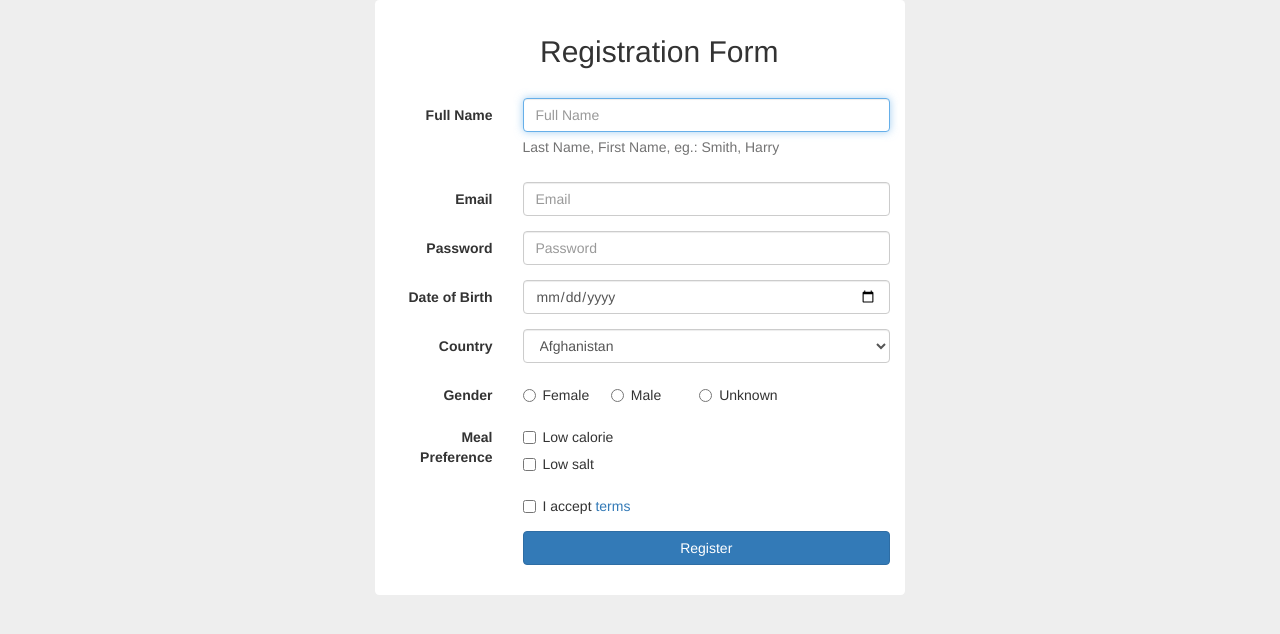
Repository: MeghaNagari/PracticeAtVMC
Page: Practice/VuePractice/WebContent/LoginDisplay.html
The author's editor kept a copy of each file at every save. The page is drawn from the files as they stood at one save, then again after the next save.
The browser window is 1280 px wide. The pictures show the whole page.
Some web libraries are served in a nearby version.

Above is the page before, as saved 2018-03-20 17:37:27.
Console error (its wording comes from the project's code and is left out).

### Practice/VuePractice/WebContent/LoginDisplay.html
<link href="//netdna.bootstrapcdn.com/bootstrap/3.2.0/css/bootstrap.min.css" rel="stylesheet" id="bootstrap-css">
<script src="//netdna.bootstrapcdn.com/bootstrap/3.2.0/js/bootstrap.min.js"></script>
<script src="//code.jquery.com/jquery-1.11.1.min.js"></script>
<link rel="stylesheet" href="css/LoginStyle.css">
<script src="https://cdn.jsdelivr.net/npm/vue/dist/vue.js"></script>
<!------ Include the above in your HEAD tag ---------->

<div class="container">
           <div id="parent"> <form v-on:submit.prevent="my-component"  class="form-horizontal" role="form">
                <h2>Registration Form</h2>
                <div class="form-group">
                    <label for="firstName" class="col-sm-3 control-label">Full Name</label>
                    <div class="col-sm-9">
                        <input type="text" v-model="firstName" placeholder="Full Name" class="form-control" autofocus>
                        <span class="help-block">Last Name, First Name, eg.: Smith, Harry</span>
                    </div>
                </div>
                <div class="form-group">
                    <label for="email" class="col-sm-3 control-label">Email</label>
                    <div class="col-sm-9">
                        <input type="email" v-model="email" placeholder="Email" class="form-control">
                    </div>
                </div>
                <div class="form-group">
                    <label for="password" class="col-sm-3 control-label">Password</label>
                    <div class="col-sm-9">
                        <input type="password" v-model="password" placeholder="Password" class="form-control">
                    </div>
                </div>
                <div class="form-group">
                    <label for="birthDate" class="col-sm-3 control-label">Date of Birth</label>
                    <div class="col-sm-9">
                        <input type="date" v-model="birthDate" class="form-control">
                    </div>
                </div>
                <div class="form-group">
                    <label for="country" class="col-sm-3 control-label">Country</label>
                    <div class="col-sm-9">
                        <select id="country" class="form-control">
                            <option>Afghanistan</option>
                            <option>Bahamas</option>
                            <option>Cambodia</option>
                            <option>Denmark</option>
                            <option>Ecuador</option>
                            <option>Fiji</option>
                            <option>Gabon</option>
                            <option>Haiti</option>
                        </select>
                    </div>
                </div> <!-- /.form-group -->
                <div class="form-group">
                    <label class="control-label col-sm-3">Gender</label>
                    <div class="col-sm-6">
                        <div class="row">
                            <div class="col-sm-4">
                                <label class="radio-inline">
                                    <input type="radio" id="femaleRadio" value="Female">Female
                                </label>
                            </div>
                            <div class="col-sm-4">
                                <label class="radio-inline">
                                    <input type="radio" id="maleRadio" value="Male">Male
                                </label>
                            </div>
                            <div class="col-sm-4">
                                <label class="radio-inline">
                                    <input type="radio" id="uncknownRadio" value="Unknown">Unknown
                                </label>
                            </div>
                        </div>
                    </div>
                </div> <!-- /.form-group -->
                <div class="form-group">
                    <label class="control-label col-sm-3">Meal Preference</label>
                    <div class="col-sm-9">
                        <div class="checkbox">
                            <label>
                                <input type="checkbox" id="calorieCheckbox" value="Low calorie">Low calorie
                            </label>
                        </div>
                        <div class="checkbox">
                            <label>
                                <input type="checkbox" id="saltCheckbox" value="Low salt">Low salt
                            </label>
                        </div>
                    </div>
                </div> <!-- /.form-group -->
                <div class="form-group">
                    <div class="col-sm-9 col-sm-offset-3">
                        <div class="checkbox">
                            <label>
                                <input type="checkbox">I accept <a href="#">terms</a>
                            </label>
                        </div>
                    </div>
                </div> <!-- /.form-group -->
                <div class="form-group">
                    <div class="col-sm-9 col-sm-offset-3">
                        <button type="submit" class="btn btn-primary btn-block">Register</button>
                    </div>
                </div>
            </form> <!-- /form -->
            </div>
        </div> <!-- ./container -->

        <script>
        new Vue({
        	el:"#parent",
        	data:{
        		firstName:"",
        		email:"",
        		password:"",
        		birthDate:""
        	},
        	components: {
        	    // <my-component> will only be available in parent's template
        	    'my-component': Child
        	  }
        	})



        var Child = {
        	  template: '<div>A custom component!</div>'
        	}


        </script>

### Practice/VuePractice/WebContent/css/LoginStyle.css
body {
    background-color: #eee;
}

*[role="form"] {
    max-width: 530px;
    padding: 15px;
    margin: 0 auto;
    background-color: #fff;
    border-radius: 0.3em;
}

*[role="form"] h2 {
    margin-left: 5em;
    margin-bottom: 1em;
}

After the next save:
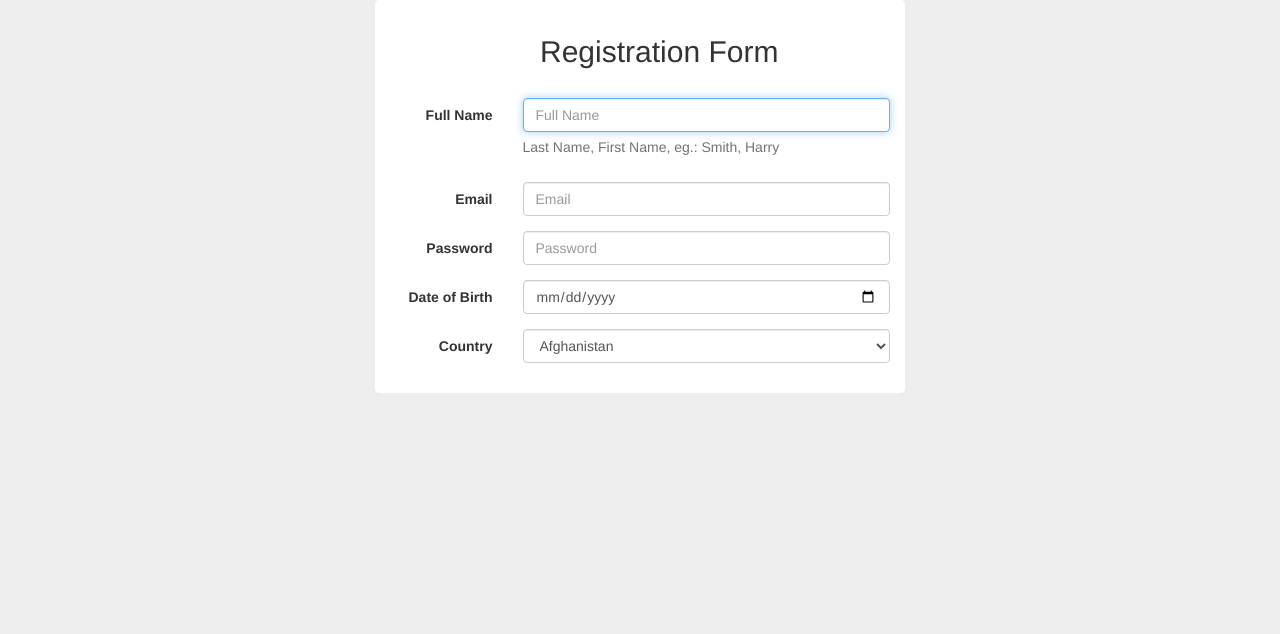
Saved 50 s later.
--- a/Practice/VuePractice/WebContent/LoginDisplay.html
+++ b/Practice/VuePractice/WebContent/LoginDisplay.html
@@ -48,57 +48,7 @@
                         </select>
                     </div>
                 </div> <!-- /.form-group -->
-                <div class="form-group">
-                    <label class="control-label col-sm-3">Gender</label>
-                    <div class="col-sm-6">
-                        <div class="row">
-                            <div class="col-sm-4">
-                                <label class="radio-inline">
-                                    <input type="radio" id="femaleRadio" value="Female">Female
-                                </label>
-                            </div>
-                            <div class="col-sm-4">
-                                <label class="radio-inline">
-                                    <input type="radio" id="maleRadio" value="Male">Male
-                                </label>
-                            </div>
-                            <div class="col-sm-4">
-                                <label class="radio-inline">
-                                    <input type="radio" id="uncknownRadio" value="Unknown">Unknown
-                                </label>
-                            </div>
-                        </div>
-                    </div>
-                </div> <!-- /.form-group -->
-                <div class="form-group">
-                    <label class="control-label col-sm-3">Meal Preference</label>
-                    <div class="col-sm-9">
-                        <div class="checkbox">
-                            <label>
-                                <input type="checkbox" id="calorieCheckbox" value="Low calorie">Low calorie
-                            </label>
-                        </div>
-                        <div class="checkbox">
-                            <label>
-                                <input type="checkbox" id="saltCheckbox" value="Low salt">Low salt
-                            </label>
-                        </div>
-                    </div>
-                </div> <!-- /.form-group -->
-                <div class="form-group">
-                    <div class="col-sm-9 col-sm-offset-3">
-                        <div class="checkbox">
-                            <label>
-                                <input type="checkbox">I accept <a href="#">terms</a>
-                            </label>
-                        </div>
-                    </div>
-                </div> <!-- /.form-group -->
-                <div class="form-group">
-                    <div class="col-sm-9 col-sm-offset-3">
-                        <button type="submit" class="btn btn-primary btn-block">Register</button>
-                    </div>
-                </div>
+
             </form> <!-- /form -->
             </div>
         </div> <!-- ./container -->
